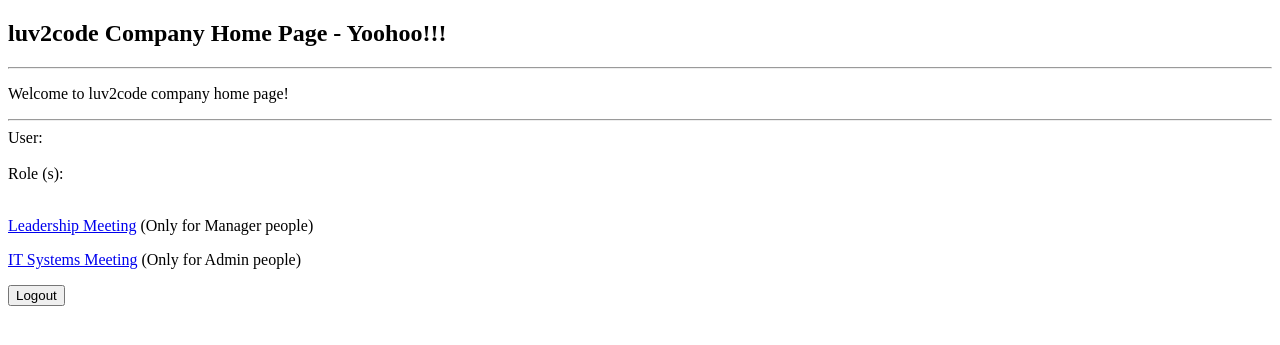
Repository: matthias1989/eclipse-workspace-UDEMY
Page: http://localhost/spring-security-demo-07-user-roles/WEB-INF/view/home.jsp
The author's editor kept a copy of each file at every save. The page is drawn from the files as they stood at one save, then again after the next save.
The browser window is 1280 px wide. The pictures show the whole page.
The page is served by Tomcat 9. Nobody is signed in. Other server files are loaded and not shown. The template is opened directly, without the code that normally fills it, so the values that code supplies are empty.

Above is the page before, as saved 2018-07-20 17:21:04.

### spring-security-demo-07-user-roles/src/main/webapp/WEB-INF/view/home.jsp
<%@ taglib prefix="form" uri="http://www.springframework.org/tags/form" %>
<%@ taglib prefix="security" uri="http://www.springframework.org/security/tags" %>

<!DOCTYPE html>

<html>
	<head>
		<title>luv2code Company Home Page</title>
	</head>

	<body>
		<h2>luv2code Company Home Page - Yoohoo!!!</h2>
		<hr>
		<p> Welcome to luv2code company home page! </p>
		<hr>
		<!-- Display user name and role -->
		User: <security:authentication property="principal.username"/> <br> <br>
		Role (s): <security:authentication property="principal.authorities"/> <br> <br>

		<!-- Add a link to point to /leaders => only for managers -->
		<p>
			<a href="${pageContext.request.contextPath}/leaders">Leadership Meeting</a>
			(Only for Manager people)
		</p>

		<!-- Add a link to point to /systems => only for admins -->
		<p>
			<a href="${pageContext.request.contextPath}/systems">IT Systems Meeting</a>
			(Only for Admin people)
		</p>

		<!-- Add a logout button -->
		<form:form action="${pageContext.request.contextPath}/logout" method="POST">
			<input type="submit" value="Logout" />
		</form:form>
	</body>

</html>

After the next save:
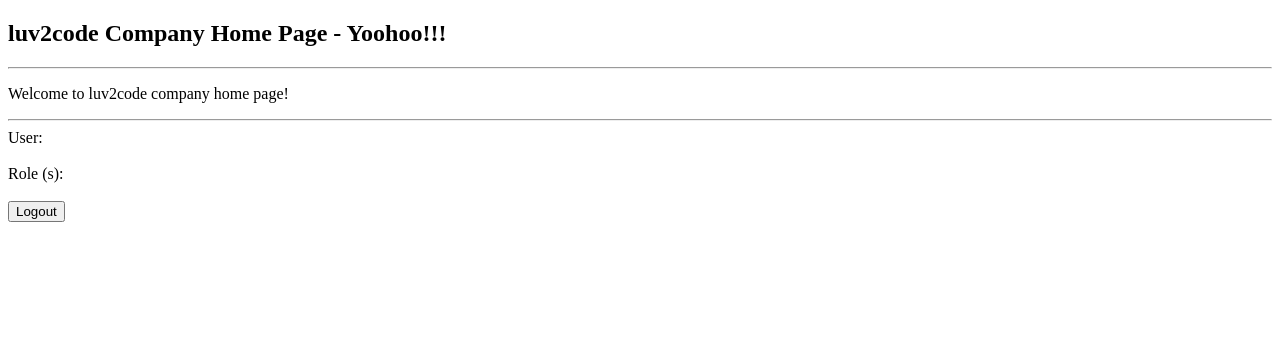
Saved 11 min 20 s later.
--- a/spring-security-demo-07-user-roles/src/main/webapp/WEB-INF/view/home.jsp
+++ b/spring-security-demo-07-user-roles/src/main/webapp/WEB-INF/view/home.jsp
@@ -17,17 +17,24 @@
 		User: <security:authentication property="principal.username"/> <br> <br>
 		Role (s): <security:authentication property="principal.authorities"/> <br> <br>
 
-		<!-- Add a link to point to /leaders => only for managers -->
-		<p>
-			<a href="${pageContext.request.contextPath}/leaders">Leadership Meeting</a>
-			(Only for Manager people)
-		</p>
+		<security:authorize access="hasRole('MANAGER')">
 
-		<!-- Add a link to point to /systems => only for admins -->
-		<p>
-			<a href="${pageContext.request.contextPath}/systems">IT Systems Meeting</a>
-			(Only for Admin people)
-		</p>
+			<!-- Add a link to point to /leaders => only for managers -->
+			<hr>
+			<p>
+				<a href="${pageContext.request.contextPath}/leaders">Leadership Meeting</a>
+				(Only for Manager people)
+			</p>
+		</security:authorize>
+
+		<security:authorize access="hasRole('ADMIN')">
+			<hr>
+			<!-- Add a link to point to /systems => only for admins -->
+			<p>
+				<a href="${pageContext.request.contextPath}/systems">IT Systems Meeting</a>
+				(Only for Admin people)
+			</p>
+		</security:authorize>
 
 		<!-- Add a logout button -->
 		<form:form action="${pageContext.request.contextPath}/logout" method="POST">
